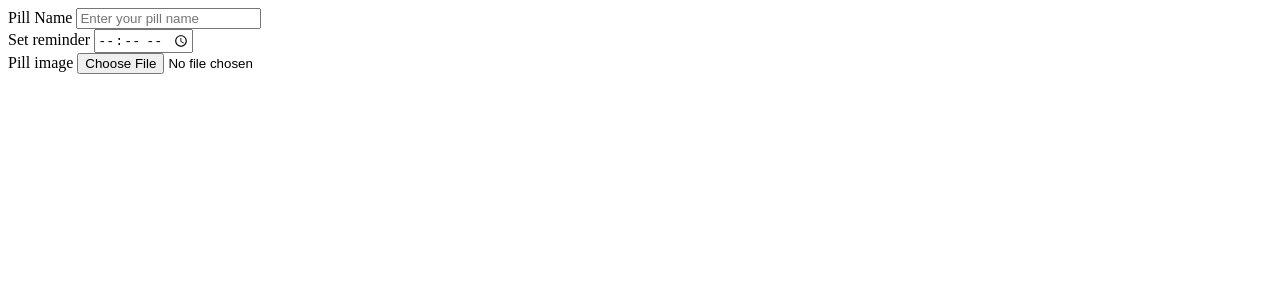
Repository: sarveshv9/Pill-Dispenser-Alert
Page: pill.html
The author's editor kept a copy of each file at every save. The page is drawn from the files as they stood at one save, then again after the next save.
The browser window is 1280 px wide. The pictures show the whole page.

Above is the page before, as saved 2025-02-22 16:48:17.

After the next save:
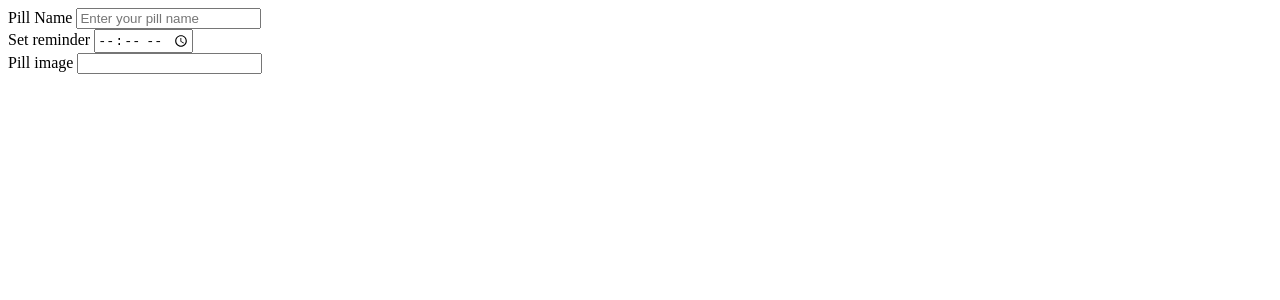
Saved 95 s later.
--- a/pill.html
+++ b/pill.html
@@ -12,7 +12,7 @@
     <label for="pilltime">Set reminder</label>
     <input type="time" id="pilltime" name="time" required><br>
     <label for="pillimage">Pill image</label>
-    <input type="file" id="pillimage" name="image" accept="image/*"><br>
+    <input type="text" id="pillimage" name="image" accept="image/*"><br>
 
    </form>
 </body>

After the save that followed:
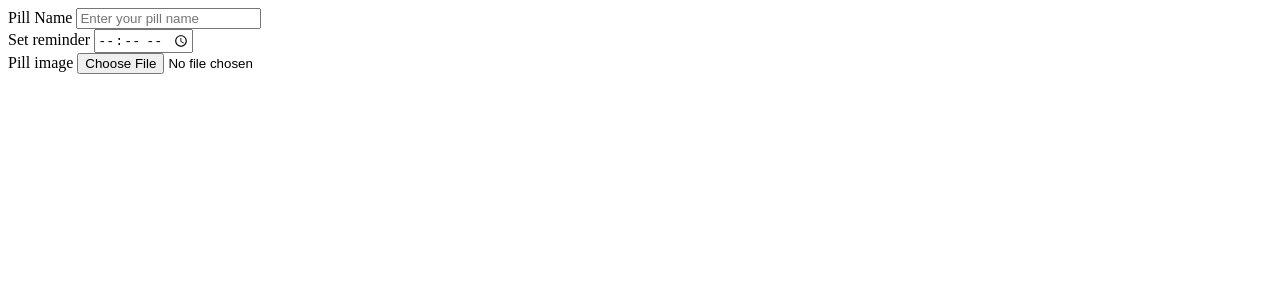
Saved 8 s later.
--- a/pill.html
+++ b/pill.html
@@ -12,7 +12,7 @@
     <label for="pilltime">Set reminder</label>
     <input type="time" id="pilltime" name="time" required><br>
     <label for="pillimage">Pill image</label>
-    <input type="text" id="pillimage" name="image" accept="image/*"><br>
+    <input type="file" id="pillimage" name="image" accept="image/*"><br>
 
    </form>
 </body>
